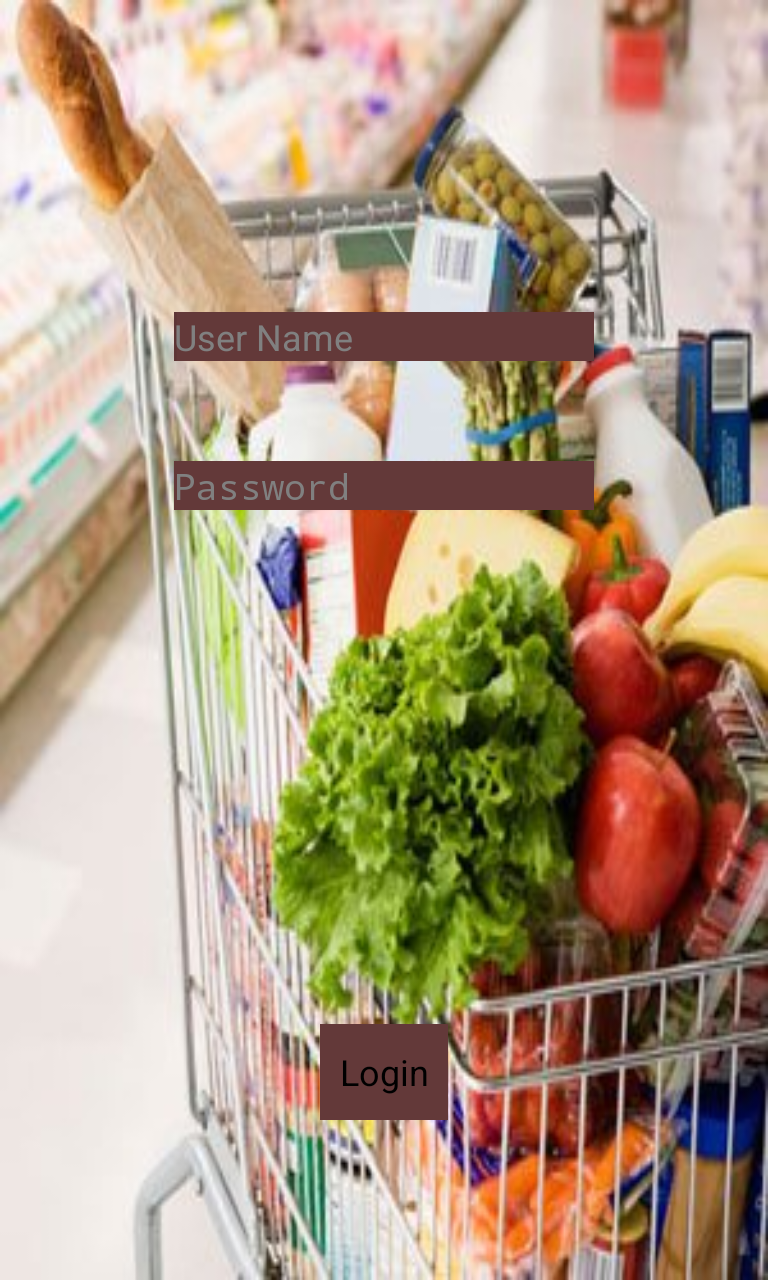
Repository: Shruthi06/designed-droid
Layout: explicitIntent_assignment/res/layout/activity_main.xml
An editor plug-in stored every save of this project. The layout is shown before and after the next save, followed by the edit.
It is drawn on a 768 x 1280 px phone screen (xhdpi) without system bars, with theme AppTheme; the app's code is not run.

Above is the layout before, as saved 2016-02-03 10:31:11.

### explicitIntent_assignment/res/layout/activity_main.xml
<RelativeLayout xmlns:android="http://schemas.android.com/apk/res/android"
    xmlns:tools="http://schemas.android.com/tools"
    android:layout_width="match_parent"
    android:layout_height="match_parent"
    android:paddingBottom="@dimen/activity_vertical_margin"
    android:paddingLeft="@dimen/activity_horizontal_margin"
    android:paddingRight="@dimen/activity_horizontal_margin"
    android:paddingTop="@dimen/activity_vertical_margin"
    android:background="@drawable/kart"
    tools:context=".MainActivity" >

    <EditText
        android:id="@+id/editTextun"
        android:layout_width="wrap_content"
        android:layout_height="wrap_content"
        android:layout_alignParentTop="true"
        android:layout_centerHorizontal="true"
        android:layout_marginTop="140dp"
        android:ems="10"
        android:background="#633939"

        android:hint="User Name" >


        <requestFocus />
    </EditText>

    <EditText
        android:id="@+id/editTextpw"
        android:layout_width="wrap_content"
        android:layout_height="wrap_content"
        android:layout_below="@+id/editTextun"
        android:layout_centerHorizontal="true"
        android:layout_marginTop="50dp"
        android:ems="10"
        android:hint="Password"
        android:background="#633939"
        android:inputType="textPassword" />

    <Button
        android:id="@+id/buttonlogin"
        android:layout_width="wrap_content"
        android:layout_height="wrap_content"
        android:layout_alignParentBottom="true"
        android:layout_centerHorizontal="true"
        android:layout_marginBottom="64dp"
        android:background="#633939"
        android:text="Login" />

</RelativeLayout>

Loaded but not shown: explicitIntent_assignment/res/values/styles.xml (common file); explicitIntent_assignment/res/values-v11/styles.xml (common file); explicitIntent_assignment/res/values-v14/styles.xml (common file); explicitIntent_assignment/res/values/dimens.xml (common file)

After the next save:
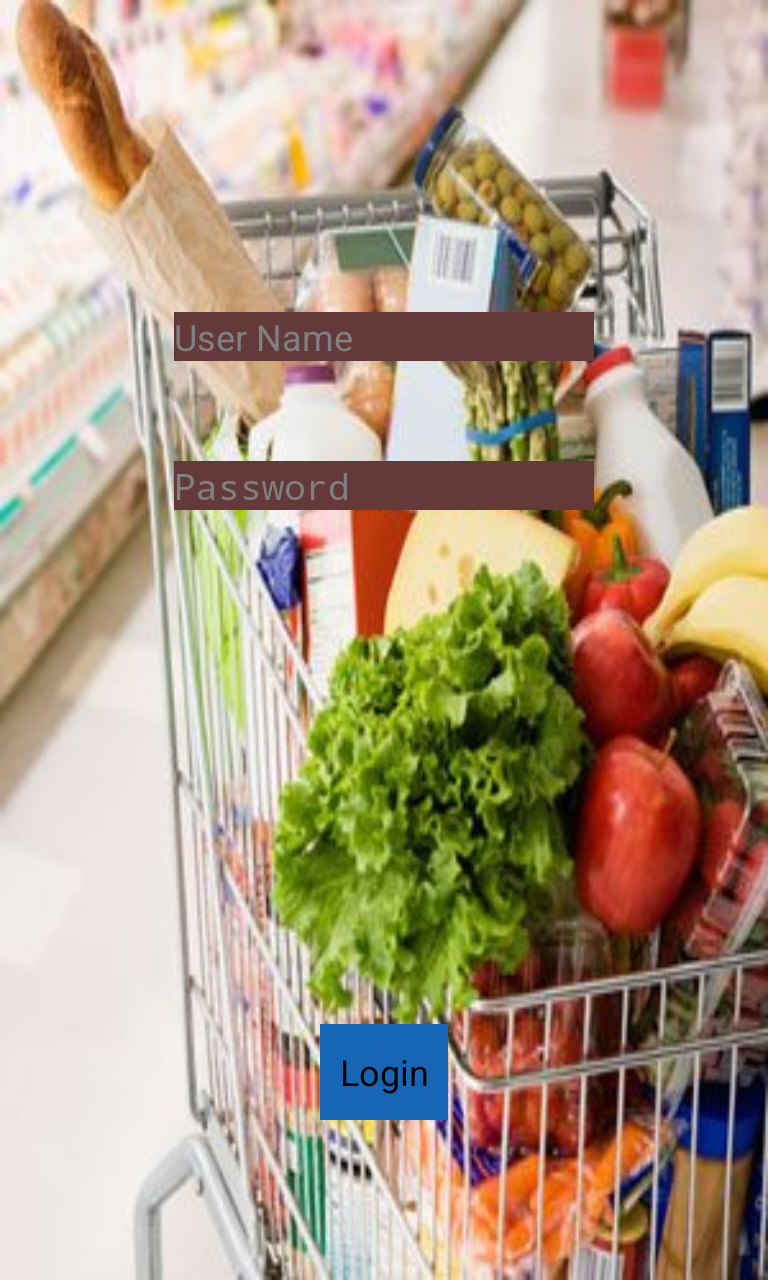
Saved 6 min 19 s later.
--- a/explicitIntent_assignment/res/layout/activity_main.xml
+++ b/explicitIntent_assignment/res/layout/activity_main.xml
@@ -44,7 +44,7 @@
         android:layout_alignParentBottom="true"
         android:layout_centerHorizontal="true"
         android:layout_marginBottom="64dp"
-        android:background="#633939"
+        android:background="#1766b5"
         android:text="Login" />
 
 </RelativeLayout>
